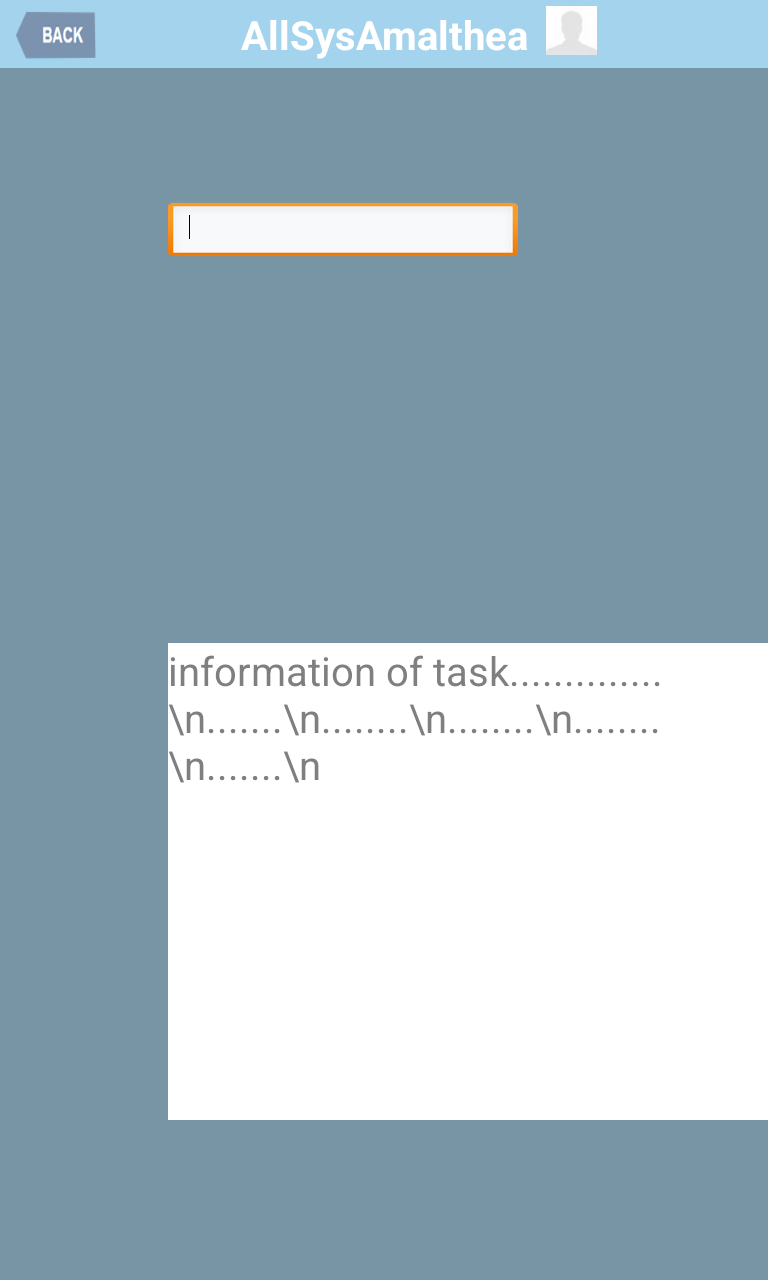
Repository: AllSysAmalthea/AllSys
Layout: APP/AppUI code/代码/Allsys/res/layout/activity_search.xml
An editor plug-in stored every save of this project. The layout is shown before and after the next save, followed by the edit.
It is drawn on a 768 x 1280 px phone screen (xhdpi) without system bars, with theme android:Theme.NoTitleBar; the app's code is not run.

Above is the layout before, as saved 2015-06-06 07:27:06.

### APP/AppUI code/代码/Allsys/res/layout/activity_search.xml
<RelativeLayout xmlns:android="http://schemas.android.com/apk/res/android"
    xmlns:tools="http://schemas.android.com/tools"
    android:layout_width="match_parent"
    android:layout_height="wrap_content"
    android:layout_gravity="center_horizontal"
    android:background="@drawable/back"
    android:gravity="top"
    tools:context=".VoluteerAvtivity" >

    <AbsoluteLayout
        android:id="@+id/linearLayout1"
        android:layout_width="fill_parent"
        android:layout_height="wrap_content"
        android:orientation="horizontal" >

        <TextView
            android:id="@+id/header_text"
            android:layout_width="fill_parent"
            android:layout_height="68px"
            android:layout_x="0px"
            android:layout_y="0px"
            android:background="#A4D3EE"
            android:gravity="center"
            android:singleLine="true"
            android:text="AllSysAmalthea"
            android:textColor="#ffffff"
            android:textSize="20sp"
            android:textStyle="bold" />

        <ImageButton
            android:id="@+id/user"
            android:layout_width="100px"
            android:layout_height="100px"
            android:layout_x="260dp"
            android:layout_y="-10dp"
            android:background="@drawable/user" />

        <ImageButton
            android:id="@+id/exit"
            android:layout_width="80px"
            android:layout_height="80px"
            android:layout_x="8dp"
            android:layout_y="-4dp"
            android:background="@drawable/pic2" />
    </AbsoluteLayout>

    <TextView
        android:id="@+id/businesscardsingle_content_abstract"
        android:layout_width="300dp"
        android:layout_height="wrap_content"
        android:layout_alignParentBottom="true"
        android:layout_alignParentRight="true"
        android:layout_marginBottom="80dp"
        android:background="#ffffff"
        android:lineSpacingMultiplier="1.0"
        android:lines="10"
        android:text="information of task..............\n.......\n........\n........\n........\n.......\n"
        android:textColor="#7f7f7f"
        android:textSize="20sp" />

    <EditText
        android:id="@+id/searchContent"
        android:layout_width="350px"
        android:layout_height="60px"
        android:layout_alignLeft="@+id/businesscardsingle_content_abstract"
        android:layout_below="@+id/linearLayout1"
        android:layout_marginTop="61dp"
        android:ems="10"
        android:textSize="20sp" >

        <requestFocus />
    </EditText>

</RelativeLayout>

After the next save:
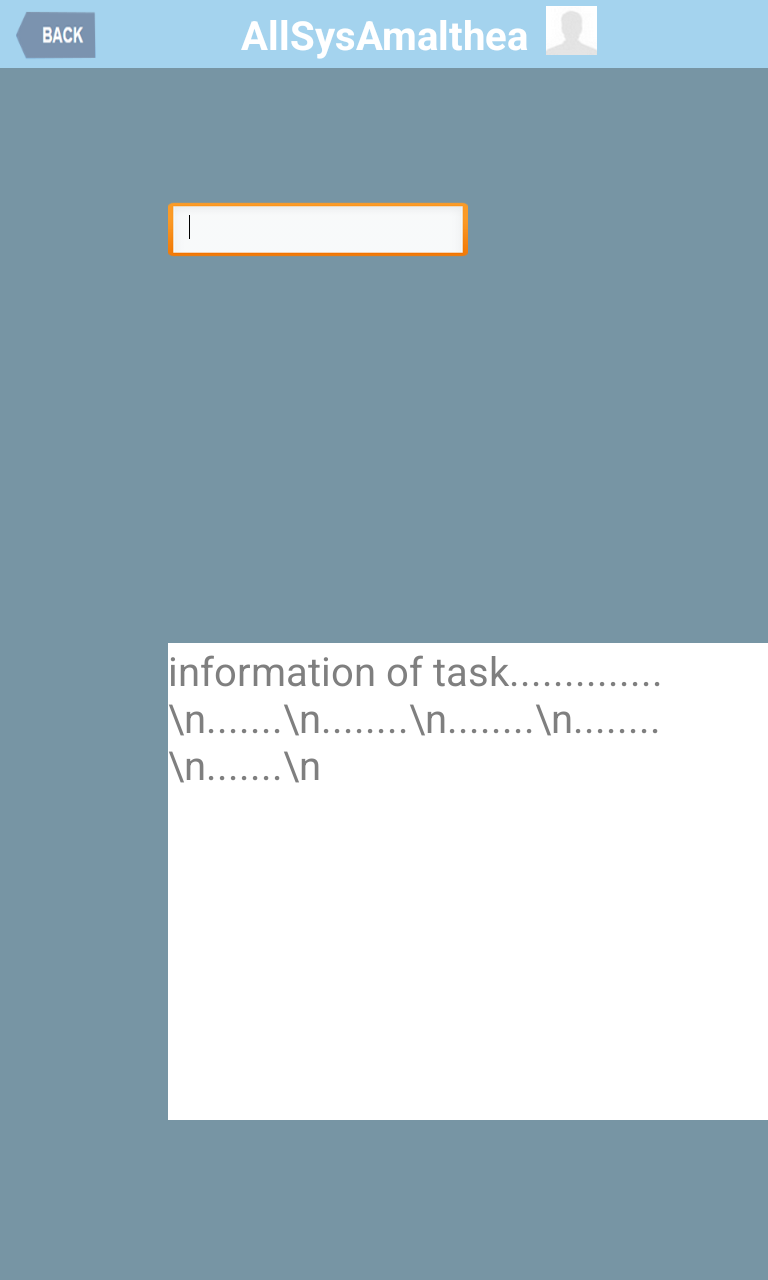
Saved 8 s later.
--- a/APP/AppUI code/代码/Allsys/res/layout/activity_search.xml
+++ b/APP/AppUI code/代码/Allsys/res/layout/activity_search.xml
@@ -60,7 +60,7 @@
 
     <EditText
         android:id="@+id/searchContent"
-        android:layout_width="350px"
+        android:layout_width="300px"
         android:layout_height="60px"
         android:layout_alignLeft="@+id/businesscardsingle_content_abstract"
         android:layout_below="@+id/linearLayout1"
